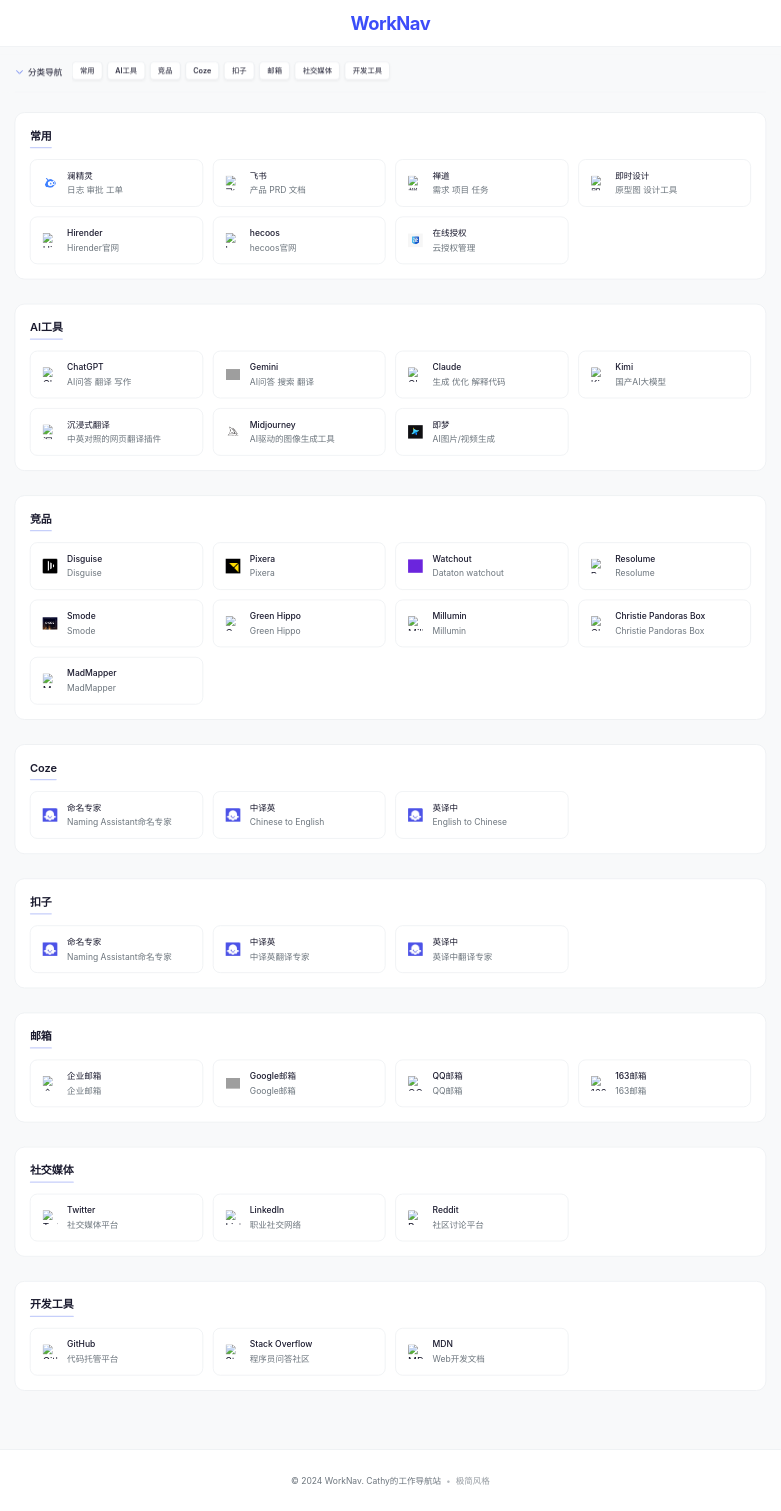
Repository: SweetPomelo0/WorkNav
Page: /
The author's editor kept a copy of each file at every save. The page is drawn from the files as they stood at one save, then again after the next save.
The browser window is 1280 px wide. The pictures show the whole page, at 61% of full size.
Pictures or frames that could not be fetched are drawn as grey boxes. The project was rebuilt for these pictures with package versions that can differ from the ones it lists, and the page was loaded fresh each time. The framework's server and built-in components were replaced by stand-ins that run in the browser. Also part of the build but not shown: next.config.ts.

Above is the page before, as saved 2025-07-26 21:53:54.

### src/app/layout.tsx
import type { Metadata } from "next";
import { Geist, Geist_Mono } from "next/font/google";
import "./globals.css";

const geistSans = Geist({
  variable: "--font-geist-sans",
  subsets: ["latin"],
});

const geistMono = Geist_Mono({
  variable: "--font-geist-mono",
  subsets: ["latin"],
});

export const metadata: Metadata = {
  title: "WorkNav - 工作网址导航",
  description: "一个简洁的工作网址导航页面",
};

export default function RootLayout({
  children,
}: Readonly<{
  children: React.ReactNode;
}>) {
  return (
    <html lang="en">
      <body
        className={`${geistSans.variable} ${geistMono.variable} antialiased`}
      >
        {children}
      </body>
    </html>
  );
}

### src/app/page.tsx
export default function Home() {
  // 定义导航分类和链接
  const categories = [
    {
      title: "常用",
      links: [
        { name: "澜精灵", url: "https://www.lanerp.com/Admin/index/index.html", desc: "日志 审批 工单", icon: "/img/lanjingling.png" },
        { name: "飞书", url: "https://enlightv.feishu.cn/wiki/D6Z1wOai9iVI4bkVlumcJprDn2e?fromScene=spaceOverview", desc: "产品 PRD 文档", icon: "https://feishu.cn/favicon.ico" },
        { name: "禅道", url: "https://enlightv.zentaopm.com/my/", desc: "需求 项目 任务", icon: "https://enlightv.zentaopm.com/favicon.ico" },
        { name: "即时设计", url: "https://js.design/recent", desc: "原型图 设计工具", icon: "https://img.js.design/assets/webImg/favicon.ico" },
        { name: "Hirender", url: "https://www.hirender.com/#/home", desc: "Hirender官网", icon: "https://www.hirender.com/favicon.ico" },
        { name: "hecoos", url: "https://www.hecoos.com/web/#/home", desc: "hecoos官网", icon: "https://www.hecoos.com/favicon.ico" },
        { name: "在线授权", url: "https://license.enlightv.com/web/", desc: "云授权管理", icon: "data:[embedded picture, 6295 characters]" },
      ]
    },
    {
      title: "AI工具",
      links: [
        { name: "ChatGPT", url: "https://chatgpt.com/", desc: "AI问答 翻译 写作", icon: "https://cdn.oaistatic.com/assets/favicon-180x180-od45eci6.webp" },
        { name: "Gemini", url: "https://gemini.google.com/app", desc: "AI问答 搜索 翻译", icon: "https://www.gstatic.com/lamda/images/gemini_sparkle_4g_512_lt_f94943af3be039176192d.png" },
        { name: "Claude", url: "https://claude.ai/", desc: "生成 优化 解释代码", icon: "https://claude.ai/favicon.ico" },
        { name: "Kimi", url: "https://www.kimi.com/", desc: "国产AI大模型", icon: "https://www.kimi.com/favicon.ico" },
        { name: "沉浸式翻译", url: "https://immersivetranslate.com/zh-Hans/?utm_source=ai-bot.cn", desc: "中英对照的网页翻译插件", icon: "https://immersivetranslate.com/favicon.ico" },
        { name: "Midjourney", url: "https://www.midjourney.com/explore?tab=video_top", desc: "AI驱动的图像生成工具", icon: "/img/mj.png" },
        { name: "即梦", url: "https://jimeng.jianying.com/ai-tool/home", desc: "AI图片/视频生成", icon: "/img/jimeng.png" }

      ]
    },
    {
      title: "竞品",
      links: [
        { name: "Disguise", url: "https://www.disguise.one/en", desc: "Disguise", icon: "/img/disguise.png" },
        { name: "Pixera", url: "https://pixera.one/zh/software/overview/", desc: "Pixera", icon: "/img/pixera.png" },
        { name: "Watchout", url: "https://www.dataton.com/", desc: "Dataton watchout", icon: "/img/watchout.png" },
        { name: "Resolume", url: "https://resolume.com/", desc: "Resolume", icon: "https://resolume.com/images/favicons/apple-touch-icon.png" },
        { name: "Smode", url: "https://www.smode.io/en/", desc: "Smode", icon: "/img/smode.png" },
        { name: "Green Hippo", url: "https://www.green-hippo.com/", desc: "Green Hippo", icon: "https://www.green-hippo.com/wp-content/themes/greenhippo/assets/icons/favicon.ico" },
        { name: "Millumin", url: "https://millumin.com/v5/index.php", desc: "Millumin", icon: "https://www.millumin.com/favicon/apple-icon-180x180.png" },
        { name: "Christie Pandoras Box", url: "https://www.christiedigital.com/products/christie-pandoras-box/", desc: "Christie Pandoras Box", icon: "https://www.christiedigital.com/apple-touch-icon.png" },
        { name: "MadMapper", url: "https://madmapper.com/madmapper/software", desc: "MadMapper", icon: "https://madmapper.com/images/favicon/apple-touch-icon.png" }

      ]
    },
    {
      title: "Coze",
      links: [
        { name: "命名专家", url: "https://www.coze.com/store/agent/7530562770308956161?bot_id=true", desc: "Naming Assistant命名专家", icon: "/img/coze.png" },
        { name: "中译英", url: "https://www.coze.com/store/agent/7530572378075152440?bot_id=true", desc: "Chinese to English", icon: "/img/coze.png" },
        { name: "英译中", url: "https://www.coze.com/store/agent/7530572202144694273?bot_id=true", desc: "English to Chinese", icon: "/img/coze.png" }
      ]
    },
    {
      title: "扣子",
      links: [
        { name: "命名专家", url: "https://www.coze.cn/store/agent/7530571775823577130?bot_id=true", desc: "Naming Assistant命名专家", icon: "/img/coze.png" },
        { name: "中译英", url: "https://www.coze.cn/store/agent/7530581452909035572?bot_id=true", desc: "中译英翻译专家", icon: "/img/coze.png" },
        { name: "英译中", url: "https://www.coze.cn/store/agent/7530581958234193970?bot_id=true", desc: "英译中翻译专家", icon: "/img/coze.png" }
      ]
    },
    {
      title: "邮箱",
      links: [
        { name: "企业邮箱", url: "https://exmail.qq.com/cgi-bin/frame_html?sid=qPUC22bEtIEF7kUt,2&sign_type=&r=586a2a390ca023395a120877ca5870f0", desc: "企业邮箱", icon: "https://exmail.qq.com/favicon.ico" },
        { name: "Google邮箱", url: "https://mail.google.com/mail/u/0/#inbox", desc: "Google邮箱", icon: "https://ssl.gstatic.com/ui/v1/icons/mail/rfr/gmail.ico" },
        { name: "QQ邮箱", url: "https://mail.qq.com/", desc: "QQ邮箱", icon: "https://mail.qq.com/favicon.ico" },
        { name: "163邮箱", url: "https://mail.163.com/", desc: "163邮箱", icon: "https://mail.163.com/favicon.ico" }
      ]
    },
    {
      title: "社交媒体",
      links: [
        { name: "Twitter", url: "https://twitter.com", desc: "社交媒体平台", icon: "https://twitter.com/favicon.ico" },
        { name: "LinkedIn", url: "https://www.linkedin.com", desc: "职业社交网络", icon: "https://www.linkedin.com/favicon.ico" },
        { name: "Reddit", url: "https://www.reddit.com", desc: "社区讨论平台", icon: "https://www.reddit.com/favicon.ico" }
      ]
    },
    {
      title: "开发工具",
      links: [
        { name: "GitHub", url: "https://github.com", desc: "代码托管平台", icon: "https://github.com/favicon.ico" },
        { name: "Stack Overflow", url: "https://stackoverflow.com", desc: "程序员问答社区", icon: "https://stackoverflow.com/favicon.ico" },
        { name: "MDN", url: "https://developer.mozilla.org", desc: "Web开发文档", icon: "https://developer.mozilla.org/favicon.ico" },
      ]
    }

  ];

  return (
    <div className="min-h-screen" style={{ background: 'var(--background)', color: 'var(--text-primary)' }}>
      {/* Header */}
      <header style={{ background: 'var(--header-bg)', borderBottom: '1px solid var(--card-border)' }}>
        <div className="max-w-7xl mx-auto px-6 py-5">
          <div className="text-center">
            <h1 className="text-3xl font-bold tracking-tight bg-clip-text text-transparent bg-gradient-to-r from-blue-600 to-indigo-600 dark:from-blue-400 dark:to-indigo-400">WorkNav</h1>
          </div>
        </div>
      </header>

      {/* Category Navigation */}
      <div className="sticky top-0 z-10 mt-3" style={{ background: 'rgba(var(--background-rgb), 0.9)', backdropFilter: 'blur(10px)' }}>
        <div className="max-w-7xl mx-auto px-6 py-3 overflow-x-auto">
          <div className="flex items-center">
            <div className="flex-shrink-0 mr-4">
              <div className="flex items-center">
                <svg xmlns="http://www.w3.org/2000/svg" className="h-4 w-4 mr-1.5" fill="none" viewBox="0 0 24 24" stroke="currentColor" style={{ color: 'var(--accent)' }}>
                  <path strokeLinecap="round" strokeLinejoin="round" strokeWidth={2} d="M19 9l-7 7-7-7" />
                </svg>
                <span className="text-sm font-medium" style={{ color: 'var(--text-primary)' }}>分类导航</span>
              </div>
            </div>
            <div className="flex space-x-2 overflow-x-auto pb-1 scrollbar-thin flex-grow">
              {categories.map((category, index) => (
                <a
                  key={index}
                  href={`#category-${index}`}
                  className="text-xs font-medium whitespace-nowrap px-3 py-1.5 rounded-md transition-all duration-300 hover:scale-105 hover:shadow-md hover:bg-opacity-90 flex-shrink-0"
                  style={{
                    background: 'var(--card-bg)',
                    border: '1px solid var(--card-border)',
                    boxShadow: '0 2px 4px rgba(0,0,0,0.05)',
                    color: 'var(--text-primary)'
                  }}
                >
                  {category.title}
                </a>
              ))}
            </div>
          </div>
        </div>
        <div className="max-w-7xl mx-auto px-6">
          <div className="border-b border-solid w-full mt-1" style={{ borderColor: 'var(--card-border)' }}></div>
        </div>
      </div>

      {/* Main Content */}
       <main className="max-w-7xl mx-auto px-6 py-8">
         <div className="space-y-10">
           {categories.map((category, index) => (
             <div
               key={index}
               id={`category-${index}`}
               style={{
                 background: 'var(--card-bg)',
                 borderColor: 'var(--card-border)'
               }}
               className="rounded-2xl border p-6 transition-all duration-300 hover:shadow-lg"
             >
               <h2
                 className="text-lg font-semibold mb-6 relative inline-block"
                 style={{ color: 'var(--text-primary)' }}
               >
                 <span className="relative z-10">{category.title}</span>
                 <span
                  className="absolute bottom-0 left-0 w-full h-0.5 rounded-full opacity-30"
                  style={{ background: 'var(--accent)', transform: 'translateY(6px)' }}
                ></span>
               </h2>
               <div className="grid grid-cols-1 sm:grid-cols-2 lg:grid-cols-3 xl:grid-cols-4 gap-4">
                 {category.links.map((link, linkIndex) => (
                   <a
                     key={linkIndex}
                     href={link.url}
                     target="_blank"
                     rel="noopener noreferrer"
                     style={{
                       borderColor: 'var(--card-border)',
                       background: 'var(--card-bg)'
                     }}
                     className="block p-4 rounded-xl border hover:shadow-md transition-all duration-200 group relative"
                   >

                     <div className="flex items-center justify-between">
                       <div className="flex items-center flex-1">
                         <div className="w-8 h-8 mr-3 flex-shrink-0 flex items-center justify-center">
                           {link.icon ? (
                             <img
                               src={link.icon}
                               alt={`${link.name} icon`}
                               className="w-6 h-6 object-contain"
                             />
                           ) : (
                             <div
                               style={{ background: 'var(--card-hover)' }}
                               className="w-6 h-6 rounded-md flex items-center justify-center"
                             >
                               <span style={{ color: 'var(--text-secondary)' }} className="text-xs font-medium">
                                 {link.name.charAt(0).toUpperCase()}
                               </span>
                             </div>
                           )}
                         </div>
                         <div className="flex-1">
                           <h3
                             style={{ color: 'var(--text-primary)' }}
                             className="text-sm font-medium group-hover:text-blue-600 dark:group-hover:text-blue-400 transition-colors"
                           >
                             {link.name}
                           </h3>
                           <p
                             style={{ color: 'var(--text-secondary)' }}
                             className="text-sm mt-1"
                           >
                             {link.desc}
                           </p>
                         </div>
                       </div>

                     </div>
                   </a>
                 ))}
               </div>
             </div>
           ))}
         </div>
       </main>

      {/* Footer */}
      <footer style={{ borderTop: '1px solid var(--card-border)', background: 'var(--footer-bg)' }} className="mt-16">
        <div className="max-w-7xl mx-auto px-6 py-10">
          <div className="text-center">
            <p style={{ color: 'var(--text-secondary)' }} className="text-sm">
              © 2024 WorkNav. Cathy的工作导航站
              <span className="inline-block mx-2 opacity-50">•</span>
              <span className="opacity-70">极简风格</span>
            </p>
          </div>
        </div>
      </footer>
    </div>
  );
}

### src/app/globals.css
@import "tailwindcss";

:root {
  --background: #f8f9fa;
  --background-rgb: 248, 249, 250;
  --foreground: #1a1a2e;
  --card-bg: #ffffff;
  --card-border: #e9ecef;
  --card-hover: #f1f3f5;
  --accent: #4361ee;
  --accent-hover: #3a56d4;
  --text-primary: #1a1a2e;
  --text-secondary: #6c757d;
  --text-tertiary: #adb5bd;
  --header-bg: #ffffff;
  --header-bg-rgb: 255, 255, 255;
  --footer-bg: #ffffff;
}

@theme inline {
  --color-background: var(--background);
  --color-foreground: var(--foreground);
  --font-sans: var(--font-geist-sans);
  --font-mono: var(--font-geist-mono);
}

@media (prefers-color-scheme: dark) {
  :root {
    --background: #121212;
    --background-rgb: 18, 18, 18;
    --foreground: #f8f9fa;
    --card-bg: #1e1e1e;
    --card-border: #2d2d2d;
    --card-hover: #2a2a2a;
    --accent: #4361ee;
    --accent-hover: #5a72f0;
    --text-primary: #f8f9fa;
    --text-secondary: #adb5bd;
    --text-tertiary: #6c757d;
    --header-bg: #1a1a1a;
    --header-bg-rgb: 26, 26, 26;
    --footer-bg: #1a1a1a;
  }
}

body {
  background: var(--background);
  color: var(--foreground);
  font-family:
    "Inter",
    -apple-system,
    BlinkMacSystemFont,
    "Segoe UI",
    Roboto,
    Oxygen,
    Ubuntu,
    Cantarell,
    "Open Sans",
    "Helvetica Neue",
    sans-serif;
}

/* 平滑滚动和过渡效果 */
html {
  scroll-behavior: smooth;
}

* {
  transition:
    background-color 0.2s ease,
    border-color 0.2s ease,
    transform 0.2s ease;
}

/* 自定义滚动条 */
::-webkit-scrollbar {
  width: 8px;
  height: 8px;
}

::-webkit-scrollbar-track {
  background: transparent;
}

::-webkit-scrollbar-thumb {
  background: var(--text-tertiary);
  border-radius: 4px;
}

::-webkit-scrollbar-thumb:hover {
  background: var(--text-secondary);
}

After the next save:
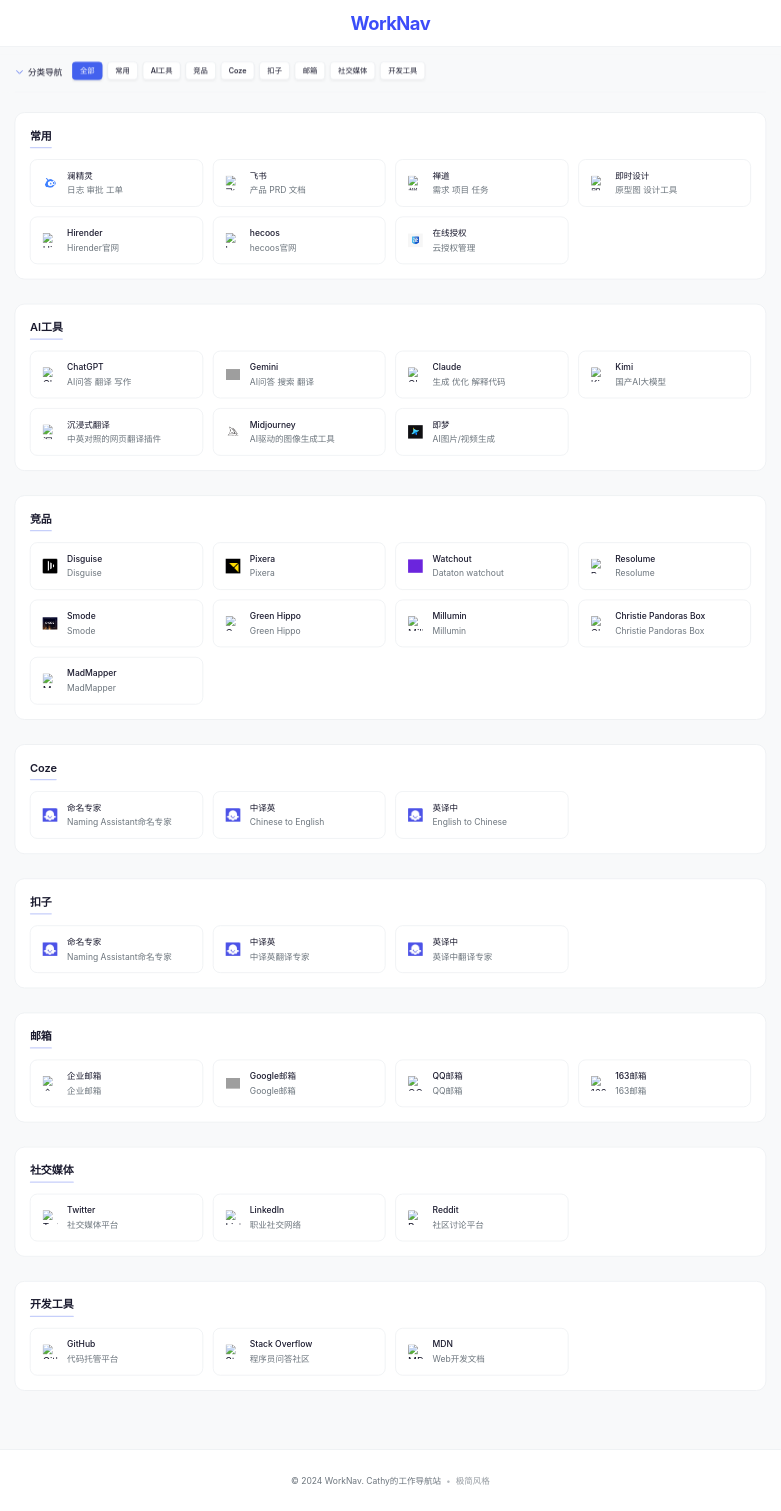
Saved 58 s later.
--- a/src/app/page.tsx
+++ b/src/app/page.tsx
@@ -109,6 +109,18 @@
               </div>
             </div>
             <div className="flex space-x-2 overflow-x-auto pb-1 scrollbar-thin flex-grow">
+              <a
+                href="#"
+                className="text-xs font-medium whitespace-nowrap px-3 py-1.5 rounded-md transition-all duration-300 hover:scale-105 hover:shadow-md hover:bg-opacity-90 flex-shrink-0"
+                style={{
+                  background: 'var(--accent)',
+                  border: '1px solid var(--accent)',
+                  boxShadow: '0 2px 4px rgba(0,0,0,0.1)',
+                  color: 'white'
+                }}
+              >
+                全部
+              </a>
               {categories.map((category, index) => (
                 <a
                   key={index}
